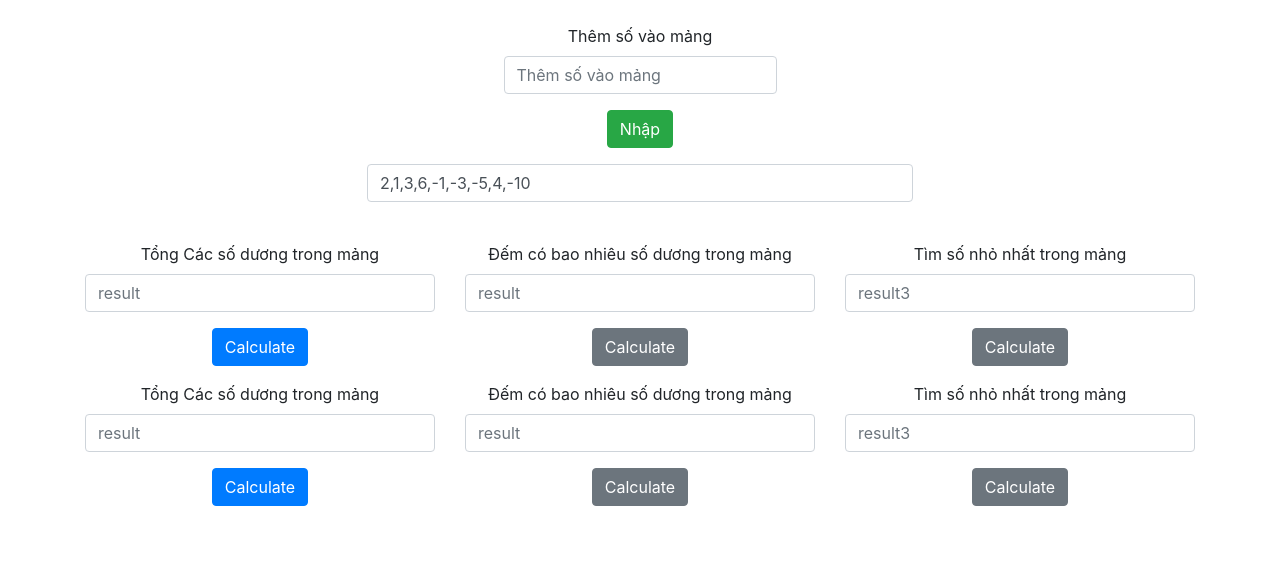
Repository: baobaodeveloper/bootcamp21__array__HuynhAnhBao
Page: index.html
An editor plug-in stored every save of this project. The page is shown before and after the next save, followed by the edit.
The browser window is 1280 px wide. The pictures show the whole page.

Above is the page before, as saved 2022-03-20 17:19:20.

After the next save:
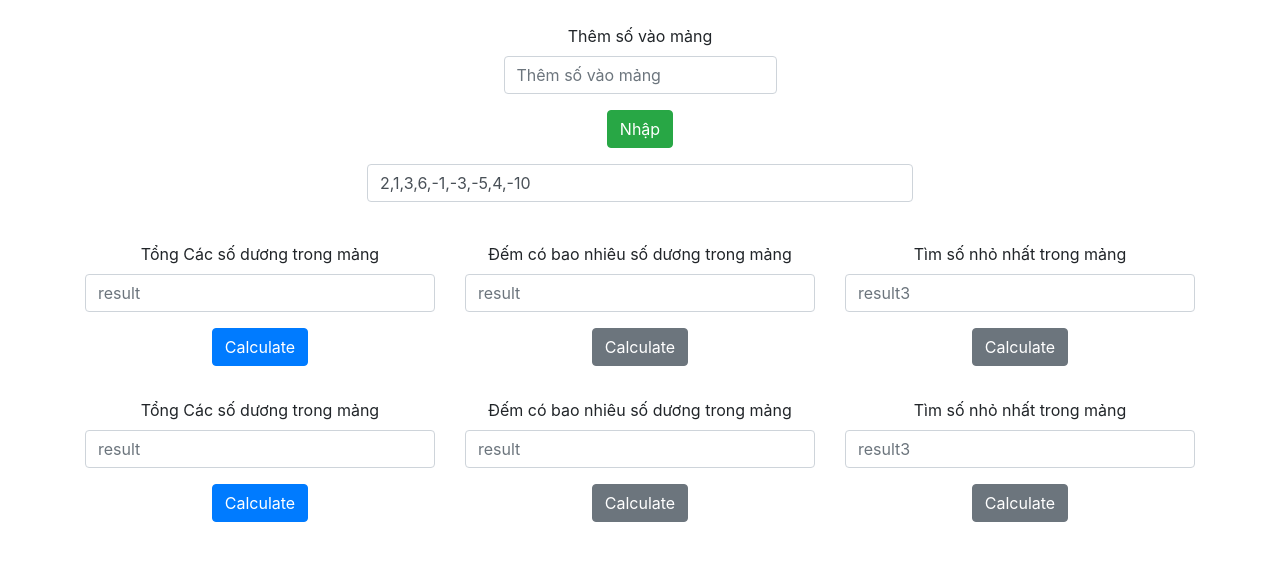
Saved 10 s later.
--- a/index.html
+++ b/index.html
@@ -91,7 +91,7 @@
       </div>
     </div>
 
-    <div class="container">
+    <div class="container pt-3">
       <div class="row">
         <div class="col text-center">
           <label class="form-label">Tổng Các số dương trong mảng</label>
